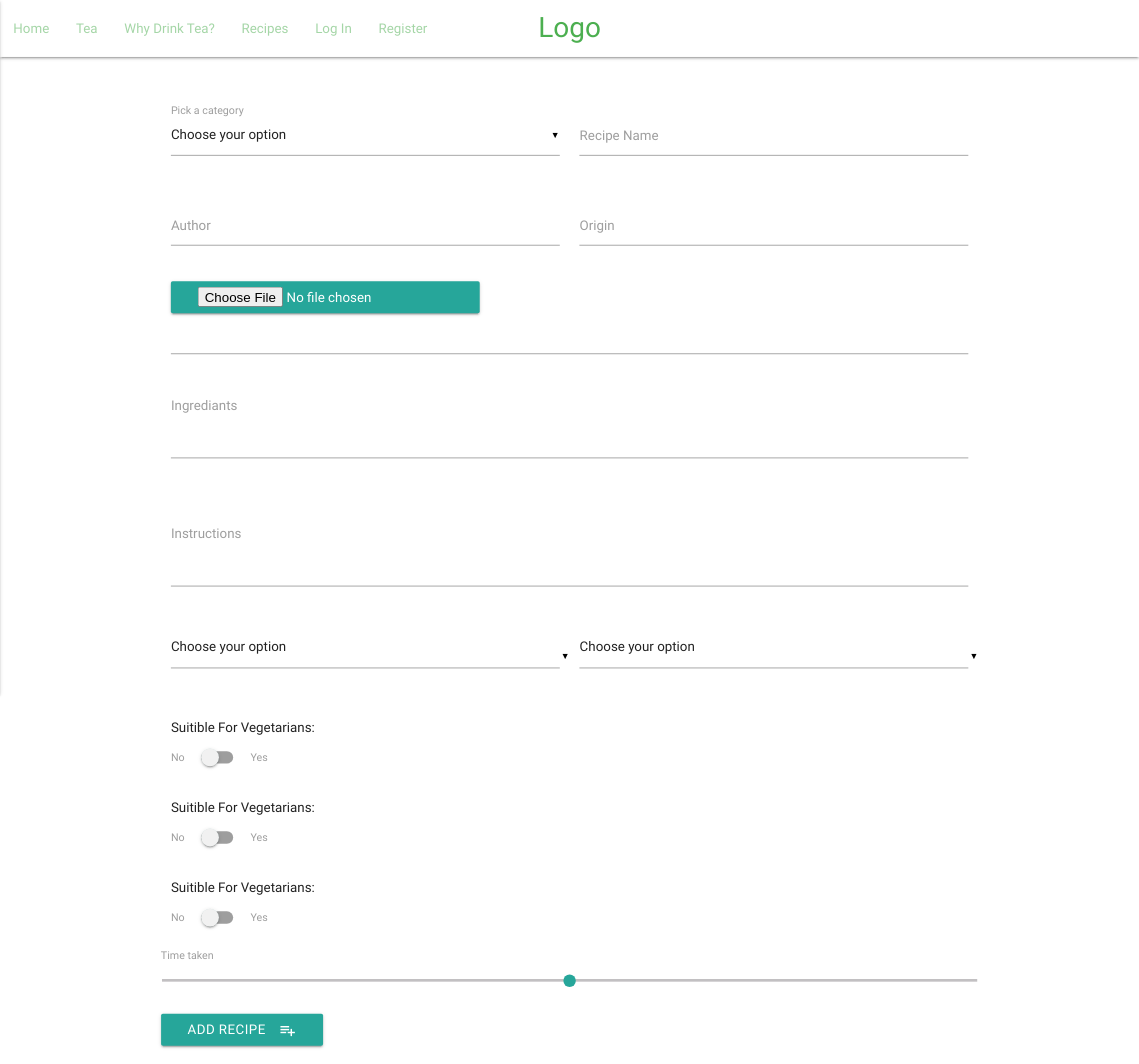
Repository: Cat-MacLellan/Time-For-Tea
Page: http://localhost/add_recipe
The author's editor kept a record of every edit. The page is drawn from the files as they stood at one moment, then again after the next edit.
The browser window is 1280 px wide. The pictures show the whole page, at 89% of full size.
Some web libraries are served in a nearby version. The page is served by the project's application, run on Flask 3 (app.py). Queries for data that is not in the repository find no rows.

Above is the page before.

### templates/add_recipe.html
{% extends 'base.html' %} {% block content %}
<div class="container">
    <form action="{{url_for('insert_recipe')}}" method="POST" class="col s12">
        <div class="row">
            <div class="input-field col s6">
                <select name="category_name" id="category_name" class="icons">
                    <option value="" disabled selected>Choose your option</option>
                    {% for category in category  %}
                    <option value="{{ category.category_name }}" data-icon="{{ category.category_image }}">{{ category.category_name }}</option>
                    {% endfor %}
                    </select>
                <label>Pick a category</label>
            </div>
            <div class="input-field col s6">
                <input id="recipe_name" name="recipe_name" type="text">
                <label for="icon_prefix">Recipe Name</label>
            </div>
        </div>
        <div class="row">
            <div class="input-field col s6">
                <input id="author" name="author" type="text">
                <label for="icon_prefix">Author</label>
            </div>
            <div class="input-field col s6">
                <input id="origin" name="origin" type="text">
                <label for="icon_prefix">Origin</label>
            </div>
        </div>
        <div class="input-field col s12">
            <div class="btn">
                <input id="recipe_image" name="recipe_image" type="file">
            </div>
            <div class="file-path-wrapper">
                <input class="file-path validate" type="text">
            </div>
        </div>
        <div class="row">
            <div class="input-field col s12">
                <textarea id="ingrediants" name="ingrediants" class="materialize-textarea" data-length="120"></textarea>
                <label for="textarea2">Ingrediants</label>
            </div>
        </div>
        <div class="row">
            <div class="input-field col s12">
                <textarea id="instructions" name="instructions" class="materialize-textarea" data-length="120"></textarea>
                <label for="textarea2">Instructions</label>
            </div>
        </div>
        <div class="row">
            <select id="allergies" name="allergies" multiple class="col s6">
                      <option value="" disabled selected>Choose your option</option>
                      {% for allergies in allergies %}
                      <option value="{{ allergies.allergy_name }}">{{ allergies.allergy_name }}</option>
                {% endfor %}
               </select>
            <select id="benefits" name="benefits" multiple class="col s6">
                      <option value="" disabled selected>Choose your option</option>
                      {% for benefits in benefits %}
                      <option value="{{ benefits.benefit_name }}">{{ benefits.benefit_name }}</option>
                {% endfor %}
               </select>
        </div>
        <div class="switch row">
            <div class="col s4">
                <p>Suitible For Vegetarians:</p>
                <label>
                No
            <input  id="vegetarian" name="vegetarian" type="checkbox">
            <span class="lever"></span>
              Yes
      </div>
      </div>
      <div class="switch row">
            <div class="col s4">
                <p>Suitible For Vegetarians:</p>
                <label>
                No
            <input id="vegan" name="vegan" name"" type="checkbox">
            <span class="lever"></span>
              Yes
      </div>
      </div>
      <div class="switch row">
            <div class="col s4">
                <p>Suitible For Vegetarians:</p>
                <label>
                No
            <input id="gf" name="gf" type="checkbox">
            <span class="lever"></span>
              Yes
      </div>
      </div>
                 <div class="row">
            <p class="range-field">
                <label for="">Time taken</label>
                <input id="time" name="time" type="range" id="test5" min="0" max="100" />
                </p>
            </div>

            <div class="row">
                <button class="btn waves-effect waves-light" type="submit">Add Recipe
                <i class="material-icons right">playlist_add</i>
             </button>
            </div>
    </form>
    </div>
    {% endblock %}

### templates/base.html
<!DOCTYPE html>
<html lang="en">

<head>
    <meta charset="UTF-8">
    <meta name="viewport" content="width=device-width, initial-scale=1.0">
    <meta http-equiv="X-UA-Compatible" content="ie=edge">
    <link href="https://fonts.googleapis.com/icon?family=Material+Icons" rel="stylesheet">
    <link rel="stylesheet" href="https://cdnjs.cloudflare.com/ajax/libs/materialize/0.100.2/css/materialize.min.css">
    <link rel="stylesheet" href="{{url_for('static', filename='css/style.css')}}" type="text/css" />
    <title>Time For Tea</title>
</head>

<body>
    <nav>
        <div class="nav-wrapper">
            <a href="#!" class="brand-logo center green-text">Logo</a>
            <a href="#" data-activates="mobile-demo" class="button-collapse"><i class="material-icons">menu</i></a>
            <ul id="nav-mobile" class="left hide-on-med-and-down">
                <li><a href="">Home</a></li>
                <li><a href="">Tea</a></li>
                <li><a href="">Why Drink Tea?</a></li>
                <li><a href="{{ url_for('show_recipes') }}">Recipes</a></li>
                {% if session.username %}
                <li><a href="{{ url_for('show_lists') }}">My Lists</a></li>
                <li><a href="{{ url_for('logout') }}">Log Out</a></li>
                {% else %}
                <li><a href="{{ url_for('login') }}">Log In</a></li>
                <li><a href="{{ url_for('register') }}">Register</a></li>

                {% endif %}
            </ul>
            <ul class="side-nav" id="mobile-demo">
                <li><a href="">Home</a></li>
                <li><a href="">Tea</a></li>
                <li><a href="">Why Drink Tea?</a></li>
                {% if session.username %}
                <li><a href="#">Log Out</a></li>
                {% else %}
                <li><a href="#">Log In</a></li>
                <li><a href="#">Register</a></li>
                {% endif %}
            </ul>
        </div>
    </nav>


    {% block content %} {% endblock %}

    <script src="https://cdnjs.cloudflare.com/ajax/libs/jquery/3.2.1/jquery.min.js"></script>
    <script src="https://cdnjs.cloudflare.com/ajax/libs/materialize/0.100.2/js/materialize.min.js"></script>
    <script type="text/javascript">
        $(document).ready(function() {
            $(".button-collapse").sideNav();
            $('.modal').modal();
            $('select').material_select();
        });
    </script>
</body>

</html>

### app.py
import os
from flask import Flask, render_template, redirect, request, url_for, session
from flask_pymongo import PyMongo
from bson.objectid import ObjectId
import bcrypt

app = Flask(__name__)

app.config["MONGO_DBNAME"] = 'tea'
app.config["MONGO_URI"] = 'mongodb+srv://cat:catUser@myfirstcluster-lypt3.mongodb.net/tea?retryWrites=true&w=majority'

mongo = PyMongo(app)
app.secret_key = os.urandom(24)

@app.route('/')
@app.route('/get_category')
def get_category():
    return render_template("home.html", category=mongo.db.category.find())


@app.route('/register', methods=['POST', 'GET'])
def register():

    if request.method == 'POST':
        users = mongo.db.users
        existing_user = users.find_one({'username' : request.form['username']})

        if existing_user is None:
            pw_hash = bcrypt.hashpw(request.form['password'].encode('utf-8'), bcrypt.gensalt())

            db_password = pw_hash.decode("utf-8")

            users.insert({'username' : request.form['username'], 'password' : db_password})

            session['username'] = request.form['username']
            return redirect(url_for('login'))

    return render_template('register.html')

@app.route('/login', methods=['POST', 'GET'])
def login():

    if request.method == 'POST':
        users = mongo.db.users
        login_user = users.find_one({'username' : request.form['username']})

        if login_user:
            if bcrypt.hashpw(request.form['password'].encode('utf-8'), login_user['password'].encode('utf-8')) == login_user['password'].encode('utf-8'):
                session['username'] = request.form['username']
                return redirect(url_for('get_category'))


    return render_template('login.html')


@app.route("/logout")
def logout():
    session.clear()
    return redirect(url_for('get_category'))

@app.route('/get_tea/<category_name>', methods=['GET', 'POST'])
def get_tea(category_name):
    get_tea = mongo.db.teatype.find({'category_name': category_name})
    return render_template('tea_types.html', teatypes=get_tea, category=mongo.db.category.find({'category_name': category_name}))


@app.route('/get_tea_specific/<tea_name>', methods=['GET', 'POST'])
def get_tea_specific(tea_name):
    tea_specific = mongo.db.teatype.find({'tea_name': tea_name})
    return render_template('tea_specific.html', teatypes=tea_specific)

@app.route('/show_recipes')
def show_recipes():
    return render_template('show_recipes.html', recipes=mongo.db.recipes.find())

@app.route('/get_recipe_specific/<recipe_name>', methods=['GET', 'POST'])
def get_recipe_specific(recipe_name):
    recipes = mongo.db.recipes.find({'recipe_name': recipe_name})
    return render_template('recipes_specific.html', recipes=recipes)

@app.route('/add_recipe')
def add_recipe():
    category=mongo.db.category.find()
    allergies=mongo.db.allergies.find()
    benefits = mongo.db.benefits.find()
    restrictions = mongo.db.restrictions.find()
    return render_template('add_recipe.html', category=category, allergies=allergies, benefits=benefits, restrictions=restrictions)

@app.route('/insert_recipe', methods=['POST'])
def insert_recipe():
    recipes = mongo.db.recipes

    recipes =  mongo.db.recipes
    insert_recipe = {
        'recipe_title': request.form.get('recipe_title'),
        'image_path': request.form.get('image_path'),
        'category_name': request.form.get('category_name'),
        'author': request.form.get('author'),
        'origin': request.form.get('origin'),
        'servings': request.form.get('servings'),
        'prep_time': request.form.get('prep_time'),
        'extra_time': request.form.get('extra_time'),
        'cook_time': request.form.get('cook_time'),
        'allergens': request.form.getlist('allergens'),
        'restrictions': request.form.getlist('restrictions'),
        'ingredients': request.form.get('ingredients'),
        'method': request.form.get('method'),
        'username': session['username']
    }
    recipes.insert_one(insert_recipe)
    return redirect(url_for("show_recipes"))









if __name__ == '__main__':
    app.run(host=os.environ.get('IP'),
            port=int(os.environ.get('PORT')),
            debug=True)

### static/css/style.css
nav {
    background-color: #ffffff;

}

nav ul a {
     color: #a5d6a7;
}

.button-collapse {
    color: #a5d6a7;
}

.masthead {
    height: 100vh;
    min-height: 300px;
    background: url(../images/masthead-placeholder.jpg);
    background-size: cover;
    background-position: center;
    background-repeat: no-repeat;
    background-attachment: fixed;
    color: #ffffff;
    text-shadow: 2px 2px #383737;
}

.card {
    width: 250px;
}

form {
    padding-top: 50px;
}

.list-btn {
    float: right;
}

.image {
    width: 200px;
    height: 200px;
}

After the next edit:
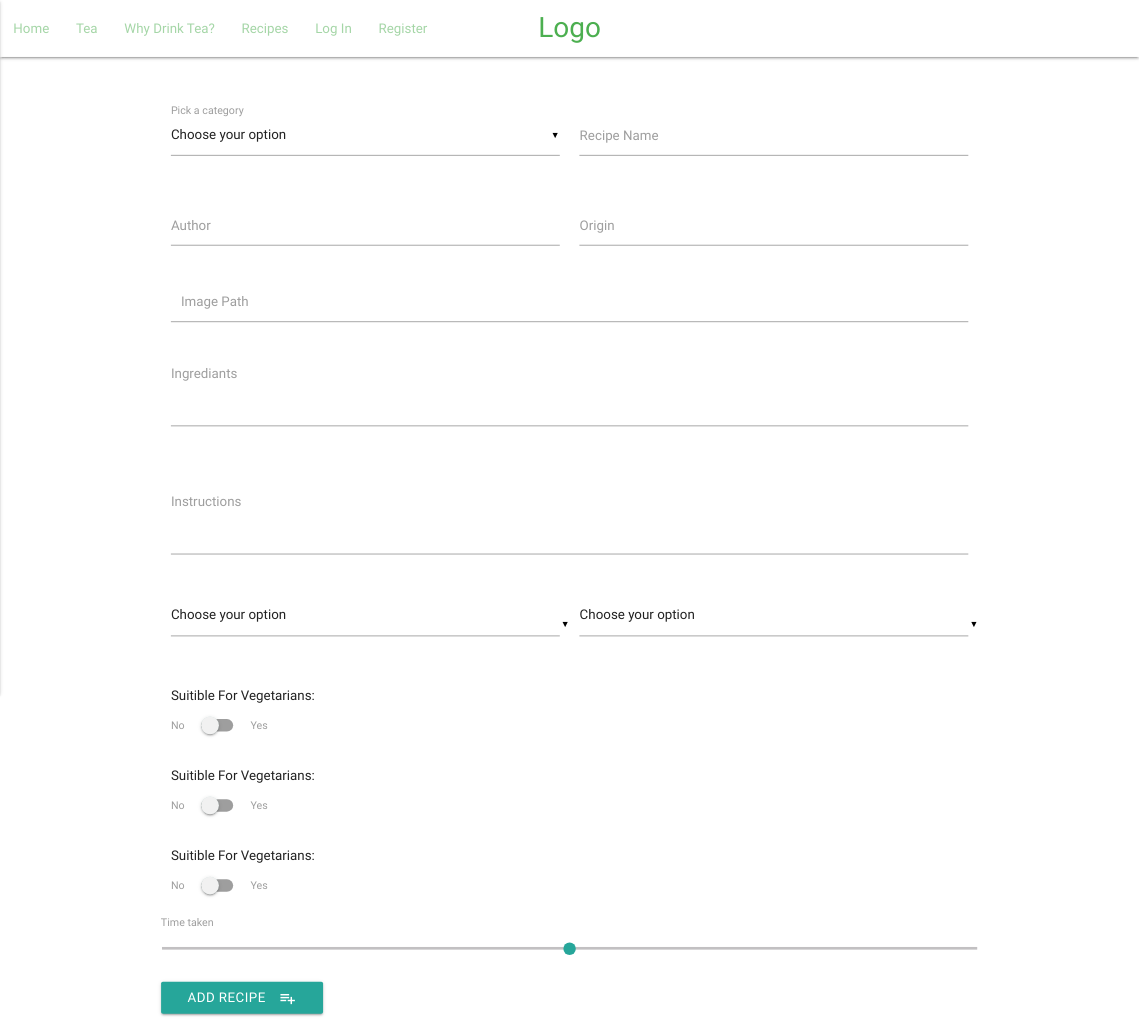
The edit:
--- a/templates/add_recipe.html
+++ b/templates/add_recipe.html
@@ -27,12 +27,8 @@
             </div>
         </div>
         <div class="input-field col s12">
-            <div class="btn">
-                <input id="recipe_image" name="recipe_image" type="file">
-            </div>
-            <div class="file-path-wrapper">
-                <input class="file-path validate" type="text">
-            </div>
+            <input id="recipe_image" name="recipe_image" type="text">
+            <label for="icon_prefix">Image Path</label>
         </div>
         <div class="row">
             <div class="input-field col s12">
